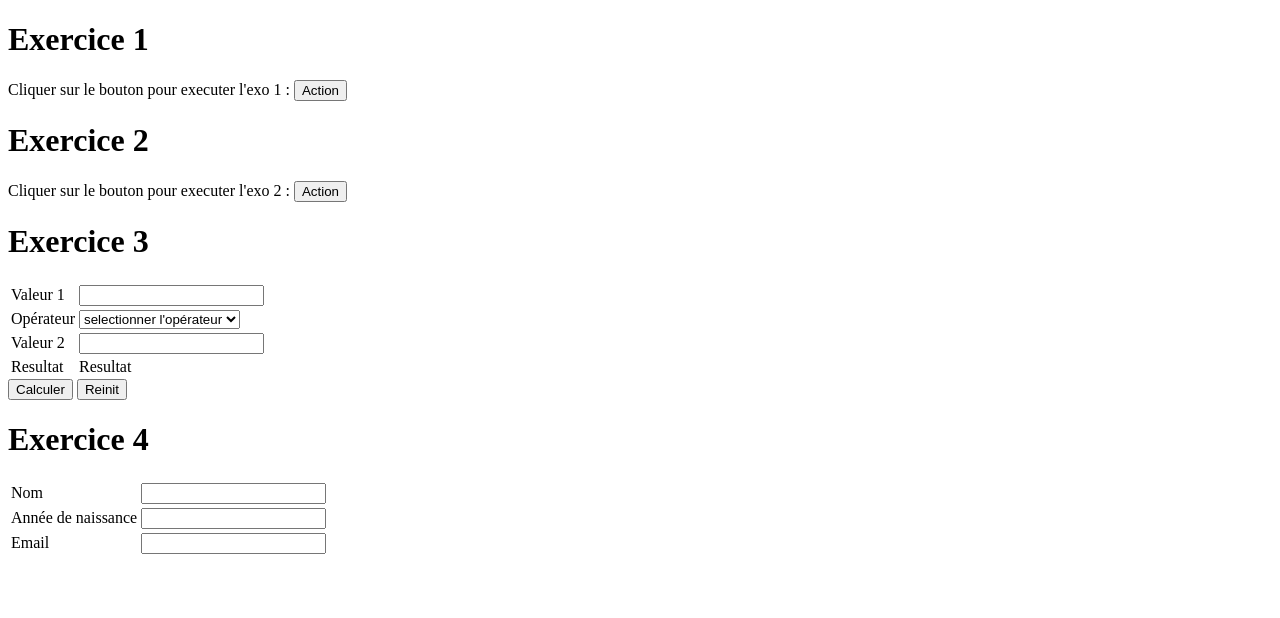
Repository: AgatheLM/formation_js
Page: insee-travaux-js/insee-client-js/exo1.html
An editor plug-in stored every save of this project. The page is shown before and after the next save, followed by the edit.
The browser window is 1280 px wide. The pictures show the whole page.

Above is the page before, as saved 2018-01-24 13:31:56.

### insee-travaux-js/insee-client-js/exo1.html
<!DOCTYPE html>
<html>
<head>
<meta charset="utf-8">
<meta http-equiv="X-UA-Compatible" content="IE=edge">
<title>Ma page de calcul</title>
<script type="text/javascript" src="scripts/main.js"></script>
</head>
<body>

	<h1>Exercice 1</h1>
	<form action="">
		Cliquer sur le bouton pour executer l'exo 1 : <input type="button"
			value="Action" onclick="main()" />
	</form>

	<h1>Exercice 2</h1>
	<form action="">
		Cliquer sur le bouton pour executer l'exo 2 : <input type="button"
			value="Action" onclick="main_exo2()" />
	</form>

	<h1>Exercice 3</h1>
	<form action="">
		<table>
			<tr>
				<td><label for="val1"> Valeur 1 </label></td>
				<td><input type="text" name="val1" id="val1" /></td>
			</tr>
			<tr>
				<td><label for="operateur"> Opérateur </label></td>
				<td><select name="operateur" id="operateur">
						<option value="none">selectionner l'opérateur</option>
						<option value="+">+</option>
						<option value="-">-</option>
						<option value="*">*</option>
						<option value="/">/</option>
				</select></td>
			</tr>
			<tr>
				<td><label for="val2"> Valeur 2 </label></td>
				<td><input type="text" name="val2" id="val2" /></td>
			</tr>
			<tr>
				<td><label for="resultat"> Resultat</label></td>
				<td><label id="result"> Resultat </label></td>
			</tr>
		</table>
		<input type="button" value="Calculer" onclick="main_exo3()" /> <input
			type="button" value="Reinit" onclick="main_exo3_reinitf()" />
	</form>

	<h1>Exercice 4</h1>

	<form>
		<table>
			<tr>
				<!-- Un champ « nom » : Ce champ doit être obligatoire -->
				<td><label for="nom"> Nom </label></td>
				<td><input type="text" name="nom" id="nom" /></td>
			</tr>
			<tr>
				<!-- Un champ « annee_naissance » : Ce champ s’il est renseigné ne doit accepter que des nombres numériques -->
				<td><label for="an"> Année de naissance </label></td>
				<td><input type="text" name="an" id="an" /></td>
			</tr>
			<tr>
				<!-- Un champ email : Si ce champ est renseigné l’email doit être valide avant de perdre le focus -->
				<td><label for="email"> Email </label></td>
				<td><input type="text" name="email" id="email" /></td>
			</tr>
			<tr>
				<!-- Un champ code postal : le code Postal doit être un nombre à 5 chiffres s’il est renseigné. -->
			</tr>
		</table>
	</form>



</body>
</html>

### insee-travaux-js/insee-client-js/scripts/main.js

/*************************
* Exercice 1             *
*************************/

function main(){

	// Exercice 1
	try{
		// 1 - Demande à l'utilisateur
		var largeur = prompt ('Renseigner la largeur?','');
		var longueur = prompt ('Renseigner la longueur?','');
		//2. Appel aux fonctions utilitaires
		var surface=calculSurface(longueur, largeur);
		var perimetre=calculPerimetre(longueur, largeur);
		//3. Affichage du résultat
		alert ("La surface est de " + surface);
		alert ("Le périmètre est de " + perimetre);
	} catch(e) {
		console.log(e);
	}


}


	function calculSurface (longueur, largeur)  {
		try {
			surface=longueur*largeur;
			return surface;
		} catch(e){
			console.log(e);
		}

	}

	function calculPerimetre (longueur, largeur){
		try {
			perimetre=2*longueur+2*largeur;
			return perimetre;
		}catch(e){
			console.log(e);
		}

	}



/*************************
* Exercice 2             *
*************************/

	function main_exo2(){

		/*Exercice 2 : Manipulation des tableaux
		Nous souhaitons afficher les éléments d’un tableau selon l’indice fourni par un utilisateur.
		Cette action sera répétée autant de fois jusqu’à ce que l’utilisateur saisisse le nombre « -1 » pour sortir.
		Travail à faire :
		- Coder une fonction qui initialisera le tableau ci dessous :
		var tab = new Array("Hollande","ZOME","Sarkozy","LE PEN","LE MAIRE","VALLS"
		- Faire pointer l’action du bouton sur cette nouvelle fonction.
		*/

		try{
			var tab = initTableau();
			var max=tab.length;
			var i = 0;
			while (i!=-1 ){
				i = parseInt(prompt ('Quel élément voulez vous?'));
				if ( i<max){
					alert(afficheElement(tab,i));
					//i = prompt ('Quel élément voulez vous?');
				} else  {
					alert ("Indice incorrect, il n'y a que " + max + " élements");
					//i = prompt ('Quel élément voulez vous?');
				}
			}

		} catch(e) {
			console.log(e);
		}


	}

	function initTableau(){
		return new Array("Hollande","ZOME","Sarkozy","LE PEN","LE MAIRE","VALLS");
	}


	function afficheElement(tab, i){
		return tab[i];
	}



	function main_exo3(){
		/*Exercice 3 : Faire une calculette*/

		try{
			var resul;
			var v1 = parseFloat(document.getElementById("val1").value);
			var v2 = parseFloat(document.getElementById("val2").value);
			var op = document.getElementById("operateur").value;
			resul=calcul(v1,v2,op);
			result.innerHTML=resul;

		} catch(e) {
			console.log(e);
		}

	}


/*************************
* Exercice 3             *
*************************/

	function main_exo3_reinit(){
		/*Exercice 3 : Faire une calculette*/

		try{
			document.getElementById("val1").value="";
			document.getElementById("val2").value="";
			document.getElementById("operateur").value="none";
			result.innerHTML="";

		} catch(e) {
			console.log(e);
		}

	}

	function calcul (v1,v2,op){
		var resul;
		switch(op){
		case "+" :
			resul = v1 + v2
			break;
		case "-" :
			resul = v1-v2
			break;
		case "*" :
			resul = v1*v2
			break;
		case "/" :
			if(v2!=0){
				resul = v1/v2
			}else{
				resul=0;
				alert("On ne peut pas diviser par 0");
				main_exo3_reinit();
			}
			break;
		}
		return resul;
	}

After the next save:
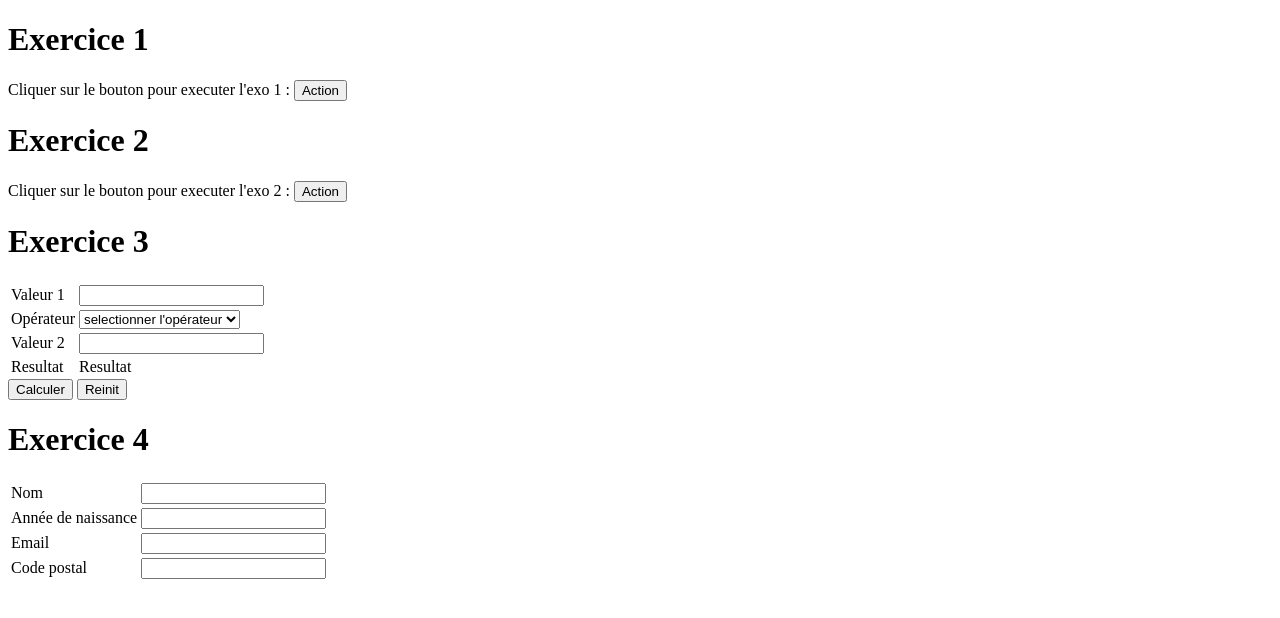
Saved 27 s later.
--- a/insee-travaux-js/insee-client-js/exo1.html
+++ b/insee-travaux-js/insee-client-js/exo1.html
@@ -71,6 +71,8 @@
 			</tr>
 			<tr>
 				<!-- Un champ code postal : le code Postal doit être un nombre à 5 chiffres s’il est renseigné. -->
+				<td><label for="cp"> Code postal </label></td>
+				<td><input type="text" name="cp" id="cp" /></td>
 			</tr>
 		</table>
 	</form>
